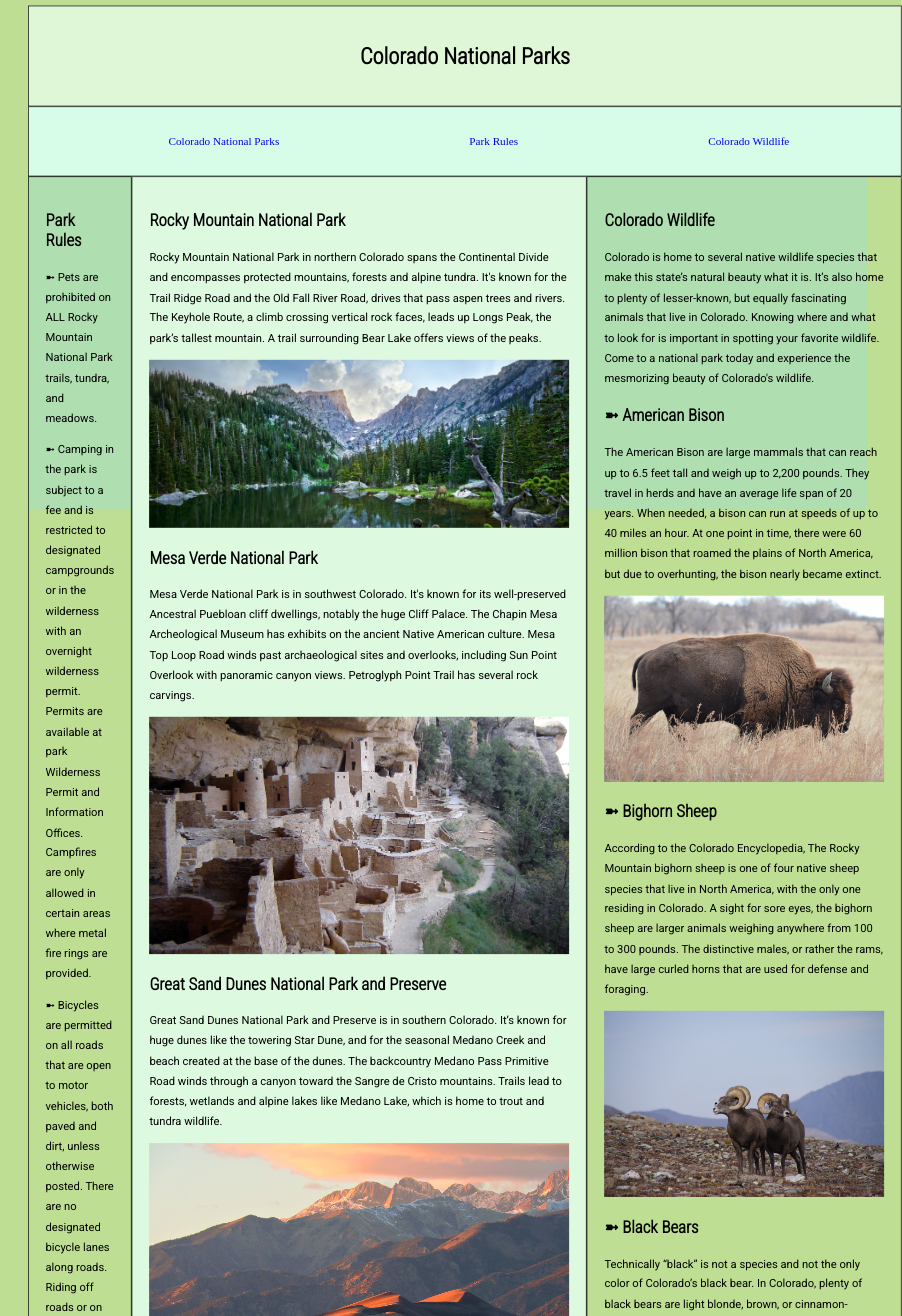
Repository: ethan-schrauf/UniversalDesignWebsite
Page: lab4.html
These files come from the project's save history. The page is drawn as it stood at one moment and after the next save; the edit follows.
The browser window is 1280 px wide. The page is 1288 px wide, then 1280 px, then 1288 px, so the pictures cover 1288 px, including what lies to the right of the window. The pictures show the part of the page from y = 0 to 1880 px (the page is 6791 px tall before and 6783 px after), at 70% of full size.

Above is the page before, as saved 2023-10-28 20:33:44.

After the next save:
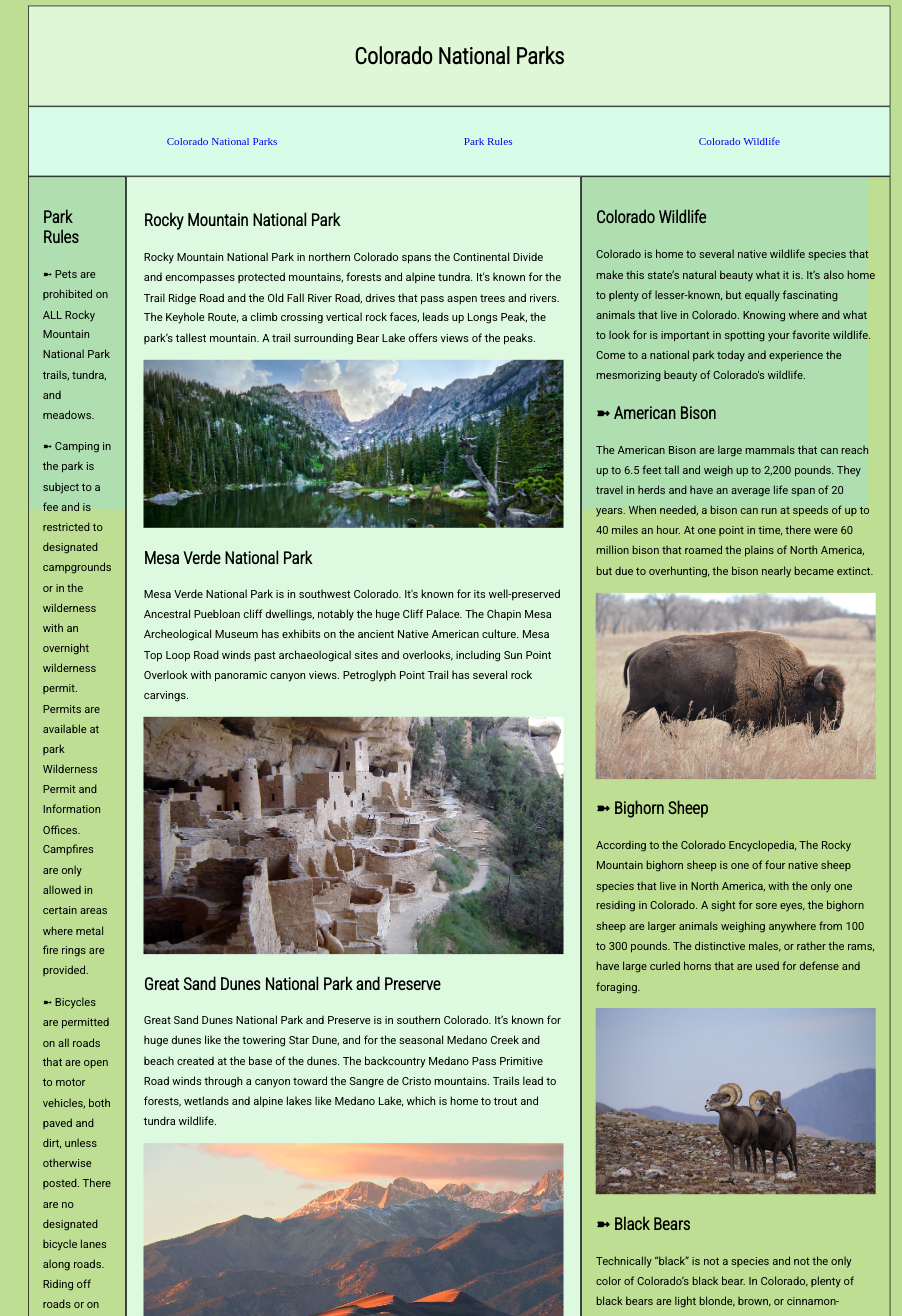
Saved 100 s later.
--- a/lab4.css
+++ b/lab4.css
@@ -54,6 +54,11 @@
     "aside1    mainy     aside2"
     "aside1    mainy     aside2"
     "footy     footy     footy";
+  }
+  aside {
+    padding: 20px;
+    width: 100%;
+    box-sizing: border-box;
   }
 
   header {grid-area: heady; background:rgb(224, 247, 215);}

After the save that followed:
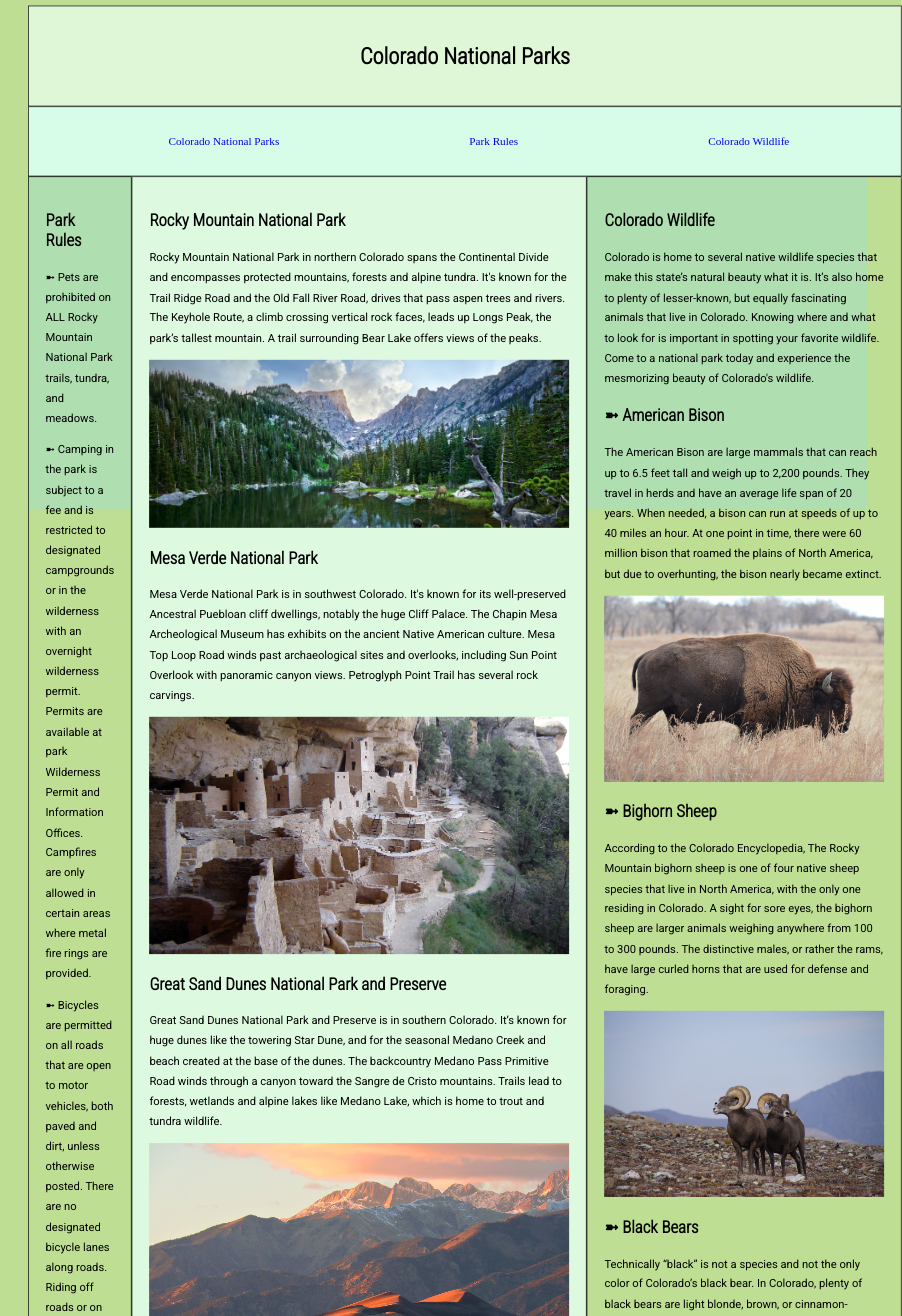
Saved 23 s later.
--- a/lab4.css
+++ b/lab4.css
@@ -55,7 +55,7 @@
     "aside1    mainy     aside2"
     "footy     footy     footy";
   }
-  aside {
+  #aside1 {
     padding: 20px;
     width: 100%;
     box-sizing: border-box;
